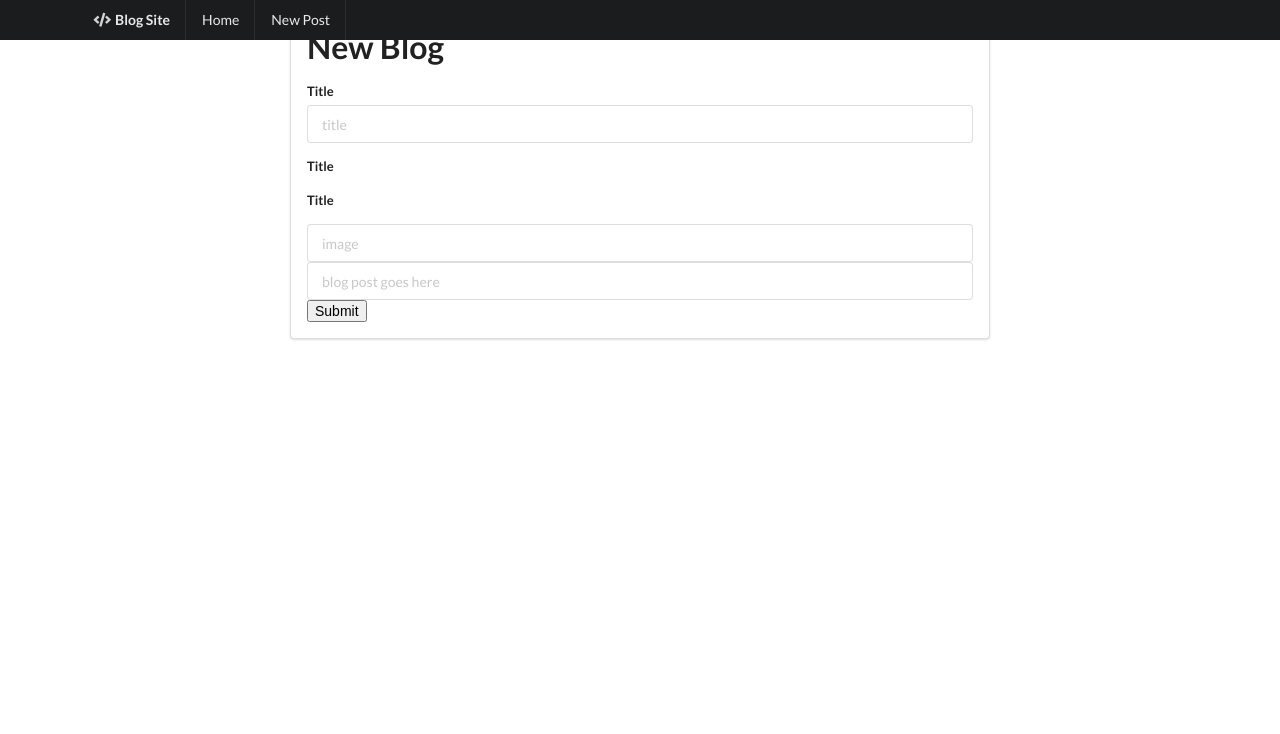
Repository: demioke/web-development-bootcamp
Page: http://localhost/blogs/new
The author's editor kept a record of every edit. The page is drawn from the files as they stood at one moment, then again after the next edit.
The browser window is 1280 px wide. The pictures show the whole page.
Some web libraries are served in a nearby version. The page is served by the project's Node server (RESTful_Routing/RESTfulBlogApp/app.js).

Above is the page before.

After the next edit:
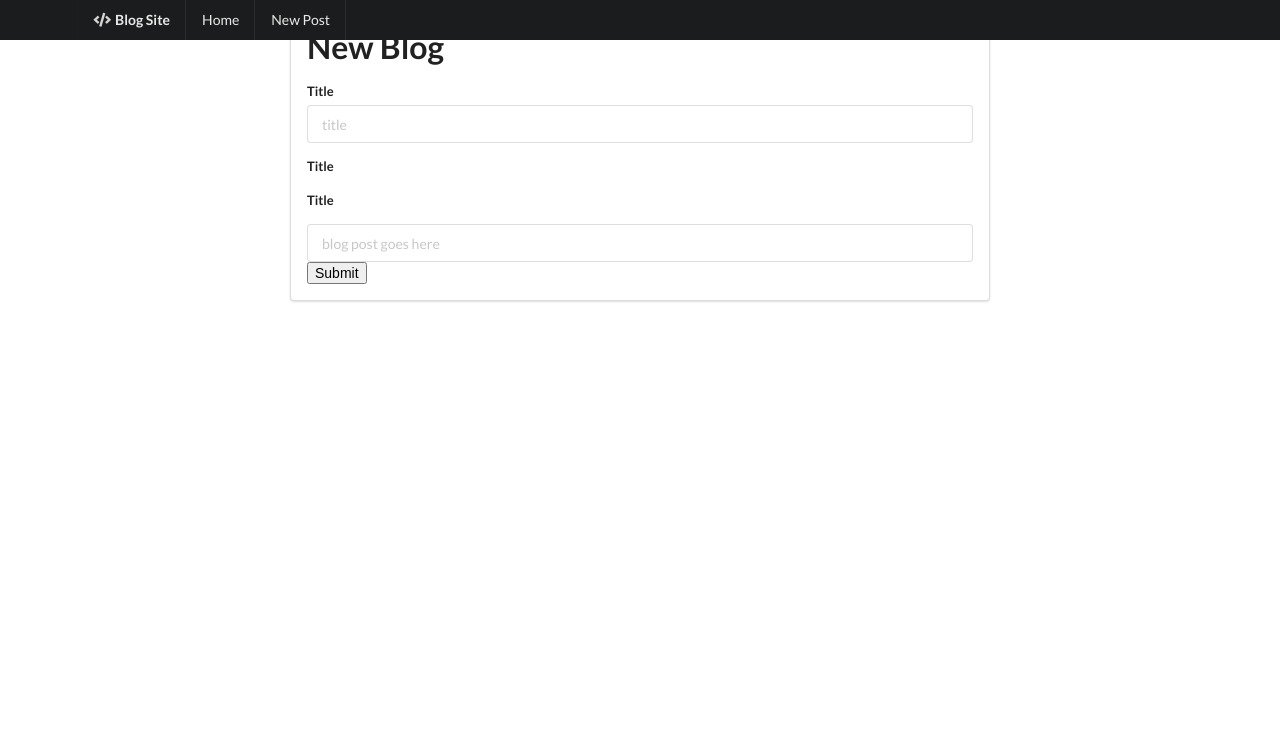
The edit:
--- a/RESTful_Routing/RESTfulBlogApp/views/new.ejs
+++ b/RESTful_Routing/RESTfulBlogApp/views/new.ejs
@@ -14,7 +14,7 @@
             <label>Title</label>
         </div>
 
-        <input type="text" name="blog[image]" placeholder="image">
+
         <input type="text" name="blog[body]" placeholder="blog post goes here">
         <input type="submit">
     </form>
